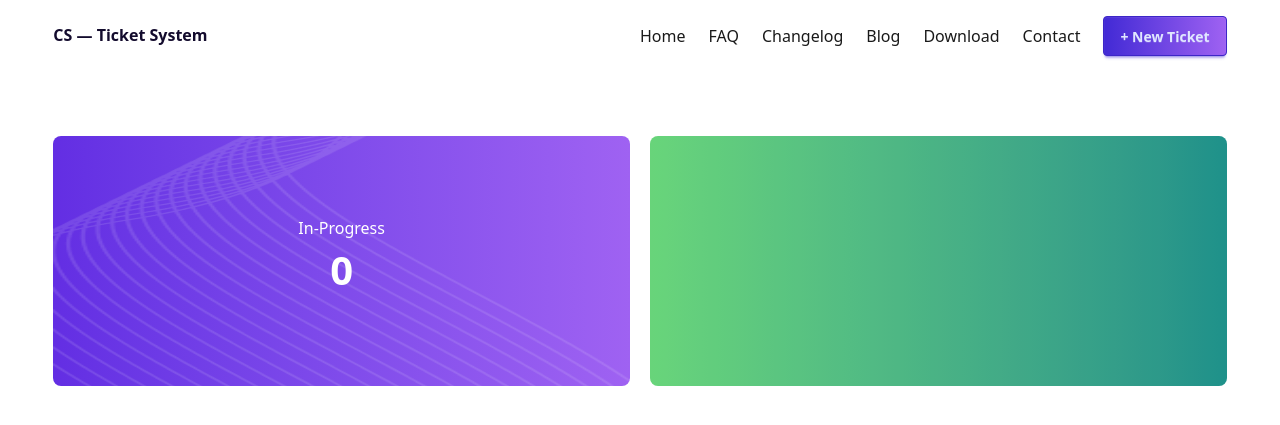
Repository: SanjidaSnigdha/Customer-Support-Zone
Page: /
These files come from the project's save history. The page is drawn as it stood at one moment and after the next save; the edit follows.
The browser window is 1280 px wide. The pictures show the whole page.
The project was rebuilt for these pictures with package versions that can differ from the ones it lists, and the page was loaded fresh each time. Also part of the build but not shown: vite.config.js, src/App.css.

Above is the page before, as saved 2026-03-24 02:13:12.

After the next save:
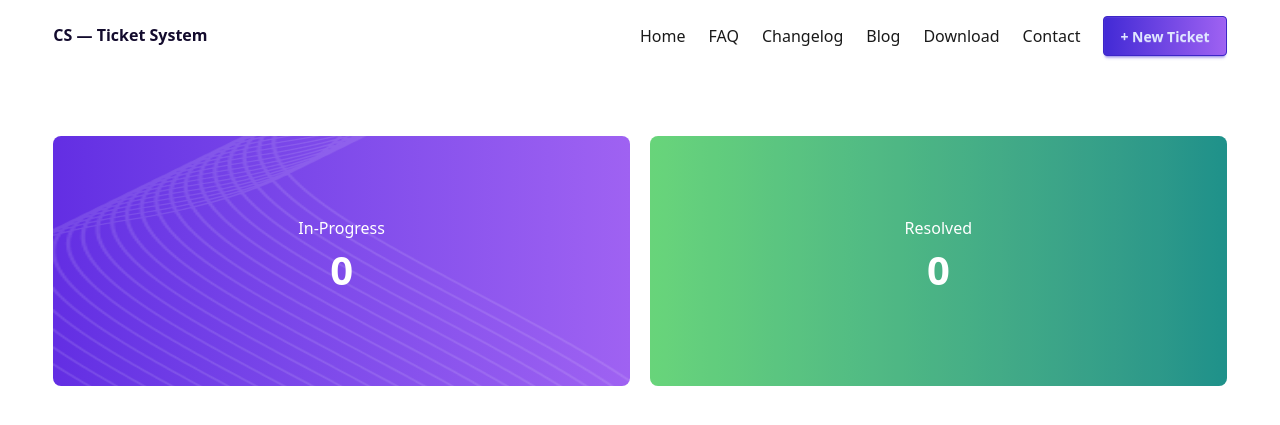
Saved 62 s later.
--- a/src/component/Banner/Banner.jsx
+++ b/src/component/Banner/Banner.jsx
@@ -13,6 +13,8 @@ const Banner = () => {
             </div>
             <div className='relative'>
       <img src={vectorImg2} alt="" className='bg-gradient-to-r from-[#54CF68] to-[#00827A] w-[700px] h-[250px] rounded-[8px]'/>
+        <p className='absolute text-center inset-20 text-[#FFFFFF]'>Resolved<br /><span className='font-bold text-[#FFFFFF] text-[40px]'>
+                0</span></p>
 
             </div>
         </div>
